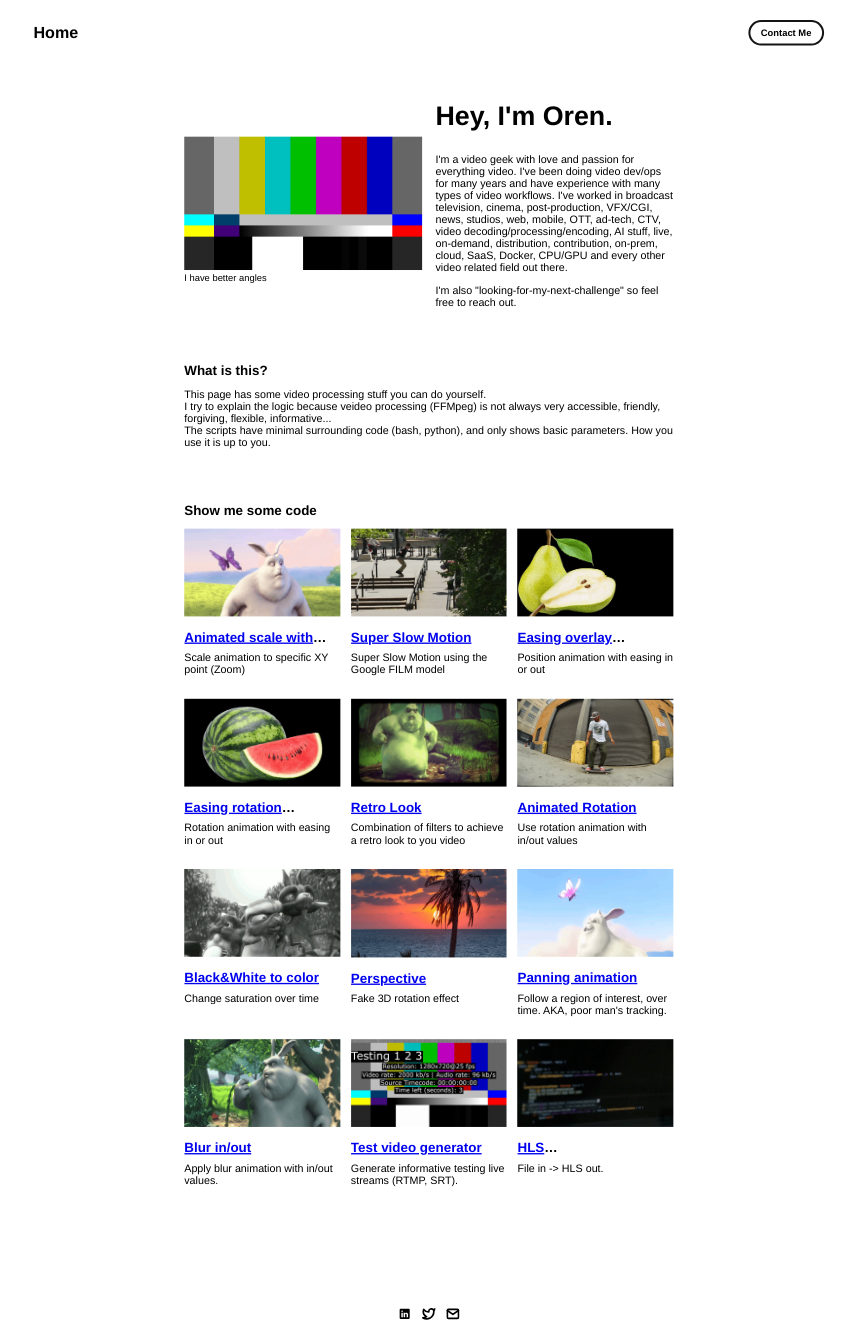
Repository: OrenShalmy/orenshalmy.github.io
Page: index.html
These files come from the project's save history. The page is drawn as it stood at one moment and after the next save; the edit follows.
The browser window is 1280 px wide. The pictures show the whole page, at 67% of full size.

Above is the page before, as saved 2024-09-12 22:46:34.

After the next save:
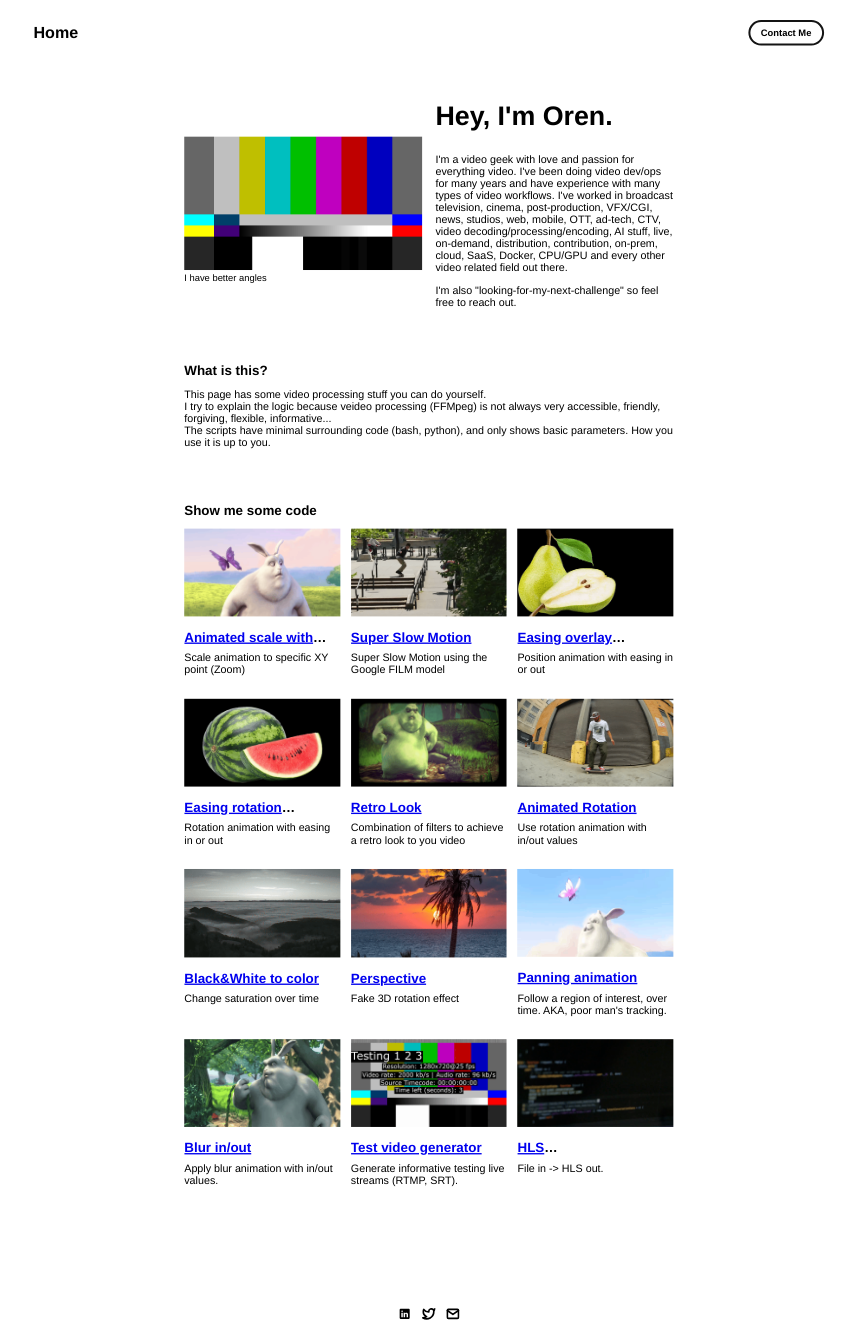
Saved 12 s later.
--- a/index.html
+++ b/index.html
@@ -113,7 +113,7 @@
           </div>
 
           <div class="project-card">
-              <img src="assets/media/bw.gif">
+              <img src="assets/media/eq.gif">
               <div class="project-card-text-container">
               <div class="subheader-text project-title"><a href="project-pages/saturation.html">Black&White to color</a></div>
               <div class="body-text project-card-text">Change saturation over time</div>
